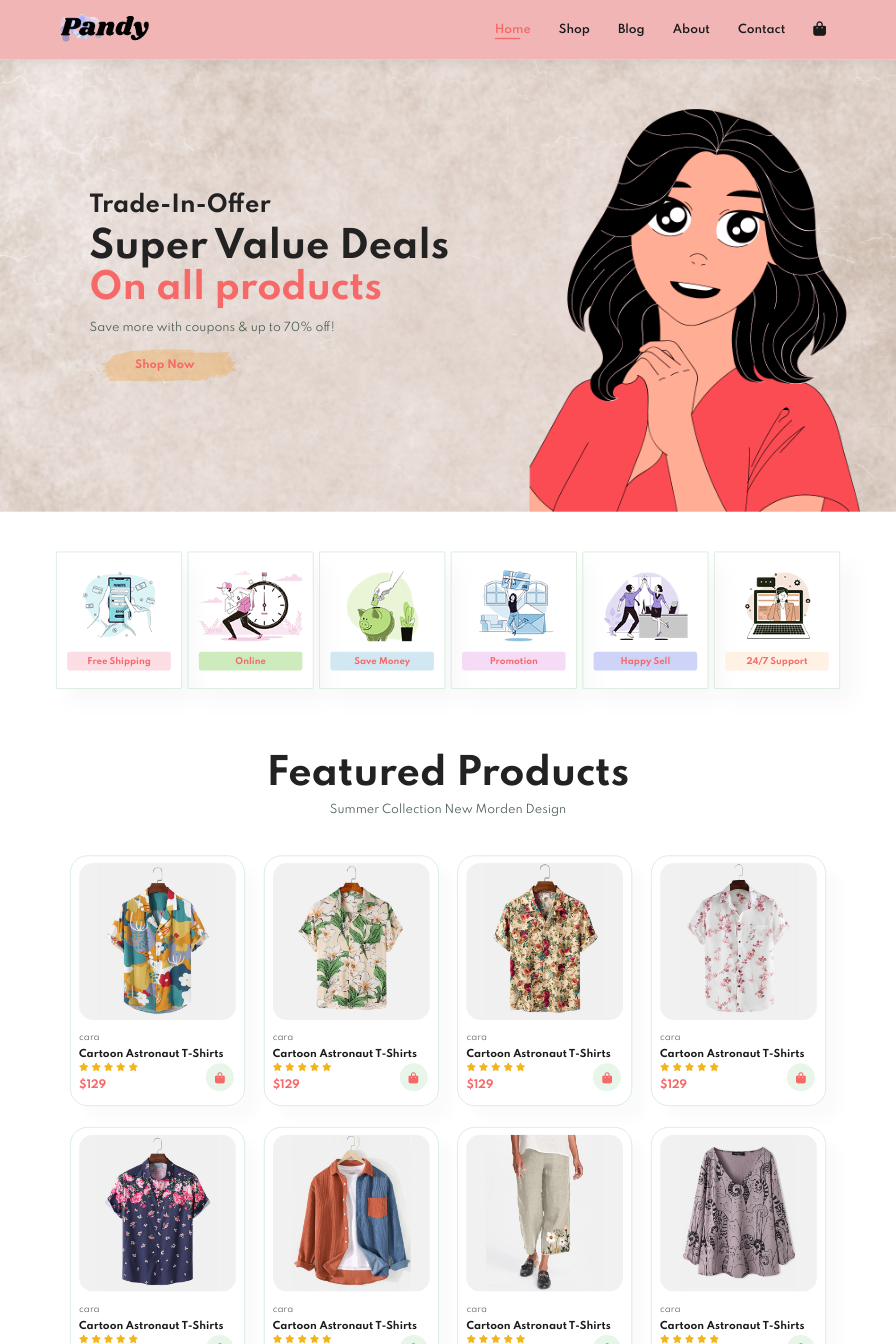
Repository: NassimeElkamari/Pandy-store-Frontend
Page: index.html
The author's editor kept a copy of each file at every save. The page is drawn from the files as they stood at one save, then again after the next save.
The browser window is 1280 px wide. The pictures show the part of the page from y = 0 to 1920 px (the page is 3800 px tall), at 70% of full size.

Above is the page before, as saved 2024-10-05 12:27:10.

### index.html
<!DOCTYPE html>
<html lang="en">
<head>
    <meta charset="UTF-8">
    <title>Pandy store</title>
    <link rel="stylesheet" href="style.css">
    <link rel="stylesheet" href="https://cdnjs.cloudflare.com/ajax/libs/font-awesome/6.5.1/css/all.min.css">
    <link rel="icon" href="img/favicon.ico">
</head>
<body>
    <!--Header-->
    <header id="Header">
        <a href="#"><img src="img/logo (1).png" class="logo"></a>
        <nav>
            <ul id="navbar">
                <li><a href="index.html" class="active">Home</a></li>
                <li><a href="shop.html" class="n-active">Shop</a></li>
                <li><a href="blog.html" class="n-active">Blog</a></li>
                <li><a href="about.html" class="n-active">About</a></li>
                <li><a href="contact.html" class="n-active">Contact</a></li>
                <li class="lg-bag"><a href="cart.html"><i class="fa-solid fa-bag-shopping head-cart"></i></a></li>
                <a id="Close" href="#"><i class="fa-solid fa-xmark"></i></a>
            </ul>
        </nav>
        <div id="mobile">
            <a href="cart.html"><i class="fa-solid fa-bag-shopping head-cart"></i></a>
            <i id="bar" class="fa-solid fa-bars"></i>
        </div>
    </header>

    <!--Hero section-->
    <section id="img-slider">
        <div class="slide active">
            <img src="img/img1.png" >
            <div class="info">
                <h4 class="select-none">Trade-In-Offer</h4>
                <h2 class="select-none">Super Value Deals</h2>
                <h1 class="select-none">On all products</h1>
                <p class="select-none">Save more with coupons & up to 70% off!</p>
                <button>Shop Now</button>
            </div>
        </div>
    </section>

    <!--Feature Section-->

    <section id="feature" class="section-p1">
        <div class="fe-box">
            <img src="img/features (1)/f1.png" >
            <h6>Free Shipping</h6>
        </div>
        <div class="fe-box">
            <img src="img/features (1)/f2.png" >
            <h6>Online</h6>
        </div>
        <div class="fe-box">
            <img src="img/features (1)/f3.png" >
            <h6>Save Money</h6>
        </div>
        <div class="fe-box">
            <img src="img/features (1)/f4.png" >
            <h6>Promotion</h6>
        </div>
        <div class="fe-box">
            <img src="img/features (1)/f5.png" >
            <h6>Happy Sell</h6>
        </div>
        <div class="fe-box">
            <img src="img/features (1)/f6.png" >
            <h6>24/7 Support</h6>
        </div>
    </section>

    <!--Products-->
    <section class="section-p1" id="product1">
        <h2>Featured Products</h2>
        <p>Summer Collection New Morden Design</p>
        <div class="pro-container">
            <div class="pro">
                <img src="img/products (1)/f1.jpg" >
                <div class="des">
                    <span>cara</span>
                    <h5>Cartoon Astronaut T-Shirts</h5>
                    <div class="star">
                        <i class="fa-solid fa-star"></i>
                        <i class="fa-solid fa-star"></i>
                        <i class="fa-solid fa-star"></i>
                        <i class="fa-solid fa-star"></i>
                        <i class="fa-solid fa-star"></i>
                    </div>
                    <h4>$129</h4>
                </div>
                <a href="cart.html" class="cart">
                    <i class="fa-solid fa-bag-shopping"></i>
                </a>
            </div>
            <div class="pro">
                <img src="img/products (1)/f2.jpg" >
                <div class="des">
                    <span>cara</span>
                    <h5>Cartoon Astronaut T-Shirts</h5>
                    <div class="star">
                        <i class="fa-solid fa-star"></i>
                        <i class="fa-solid fa-star"></i>
                        <i class="fa-solid fa-star"></i>
                        <i class="fa-solid fa-star"></i>
                        <i class="fa-solid fa-star"></i>
                    </div>
                    <h4>$129</h4>
                </div>
                <a href="cart.html" class="cart">
                    <i class="fa-solid fa-bag-shopping"></i>
                </a>
            </div>
            <div class="pro">
                <img src="img/products (1)/f3.jpg" >
                <div class="des">
                    <span>cara</span>
                    <h5>Cartoon Astronaut T-Shirts</h5>
                    <div class="star">
                        <i class="fa-solid fa-star"></i>
                        <i class="fa-solid fa-star"></i>
                        <i class="fa-solid fa-star"></i>
                        <i class="fa-solid fa-star"></i>
                        <i class="fa-solid fa-star"></i>
                    </div>
                    <h4>$129</h4>
                </div>
                <a href="cart.html" class="cart">
                    <i class="fa-solid fa-bag-shopping"></i>
                </a>
            </div>
            <div class="pro">
                <img src="img/products (1)/f4.jpg" >
                <div class="des">
                    <span>cara</span>
                    <h5>Cartoon Astronaut T-Shirts</h5>
                    <div class="star">
                        <i class="fa-solid fa-star"></i>
                        <i class="fa-solid fa-star"></i>
                        <i class="fa-solid fa-star"></i>
                        <i class="fa-solid fa-star"></i>
                        <i class="fa-solid fa-star"></i>
                    </div>
                    <h4>$129</h4>
                </div>
                <a href="cart.html" class="cart">
                    <i class="fa-solid fa-bag-shopping"></i>
                </a>
            </div>
            <div class="pro">
                <img src="img/products (1)/f5.jpg" >
                <div class="des">
                    <span>cara</span>
                    <h5>Cartoon Astronaut T-Shirts</h5>
                    <div class="star">
                        <i class="fa-solid fa-star"></i>
                        <i class="fa-solid fa-star"></i>
                        <i class="fa-solid fa-star"></i>
                        <i class="fa-solid fa-star"></i>
                        <i class="fa-solid fa-star"></i>
                    </div>
                    <h4>$129</h4>
                </div>
                <a href="cart.html" class="cart">
                    <i class="fa-solid fa-bag-shopping"></i>
                </a>
            </div>
            <div class="pro">
                <img src="img/products (1)/f6.jpg" >
                <div class="des">
                    <span>cara</span>
                    <h5>Cartoon Astronaut T-Shirts</h5>
                    <div class="star">
                        <i class="fa-solid fa-star"></i>
                        <i class="fa-solid fa-star"></i>
                        <i class="fa-solid fa-star"></i>
                        <i class="fa-solid fa-star"></i>
                        <i class="fa-solid fa-star"></i>
                    </div>
                    <h4>$129</h4>
                </div>
                <a href="cart.html" class="cart">
                    <i class="fa-solid fa-bag-shopping"></i>
                </a>
            </div>
            <div class="pro">
                <img src="img/products (1)/f7.jpg" >
                <div class="des">
                    <span>cara</span>
                    <h5>Cartoon Astronaut T-Shirts</h5>
                    <div class="star">
                        <i class="fa-solid fa-star"></i>
                        <i class="fa-solid fa-star"></i>
                        <i class="fa-solid fa-star"></i>
                        <i class="fa-solid fa-star"></i>
                        <i class="fa-solid fa-star"></i>
                    </div>
                    <h4>$129</h4>
                </div>
                <a href="cart.html" class="cart">
                    <i class="fa-solid fa-bag-shopping"></i>
                </a>
            </div>
            <div class="pro">
                <img src="img/products (1)/f8.jpg" >
                <div class="des">
                    <span>cara</span>
                    <h5>Cartoon Astronaut T-Shirts</h5>
                    <div class="star">
                        <i class="fa-solid fa-star"></i>
                        <i class="fa-solid fa-star"></i>
                        <i class="fa-solid fa-star"></i>
                        <i class="fa-solid fa-star"></i>
                        <i class="fa-solid fa-star"></i>
                    </div>
                    <h4>$129</h4>
                </div>
                <a href="cart.html" class="cart">
                    <i class="fa-solid fa-bag-shopping"></i>
                </a>
            </div>
        </div>
    </section>

    <!--Call to Action-->
    <section id="banner" class="section-m1">
        <h4>Repair Services</h4>
        <h2>Up to <span>70% Off</span> All t-shirt & Accessories</h2>
        <button class="normal">Explore More</button>
    </section>

    <!--Small Banner-->
    <section id="sm-banner" class="section-p1">
        <div class="banner-box">
            <h4>Crazy deals</h4>
            <h2>buy 1 get 1 free</h2>
            <span>The best classic dress is on sale at cara</span>
            <button class="white">Learn More</button>
        </div>
        <div class="banner-box">
            <h4>spring summer</h4>
            <h2>upcoming season</h2>
            <span>The best classic dress is on sale at cara</span>
            <button class="white">Collection</button>
        </div>
    </section>

    <!--Features banner-->
    <section id="banner3">
        <div class="banner-box">
            <h4>SEASON SALE</h4>
            <h3>winter Collection -50% OFF</h3>
        </div>
        <div class="banner-box">
            <h4>NEW FOOTWEAR COLLECTION</h4>
            <h3>spring / summer 2024</h3>
        </div>
        <div class="banner-box">
            <h4>T-SHIRT</h4>
            <h3>New Trendy Prints</h3>
        </div>
    </section>

    <!--NewsLetter-->
    <section id="newsletter" class="section-p1 section-m1">
        <div class="newstext">
        <h4>Sign Up For NewsLetters</h4>
        <p>Get E-mail updates about our latest shop and <span>special offers.</span></p>
        </div>
        <form class="form">
            <input type="text" placeholder="Your email address"/>
            <button class="normal" type="submit">Sign Up</button>
        </form>
    </section>

    <!--Footer-->
    <footer class="section-p1">
        <div class="col">
            <img src="img/logo (1).png" class="logo">
            <h4>Contact</h4>
            <p><strong>Address: </strong>Bettana Salé</p>
            <p><strong>Phone: </strong>+212697690746</p>
            <p><strong>Hours: </strong>10:00 - 18:00, Mon - Sat</p>
            <div class="follow">
                <h4>Follow us</h4>
                <div class="icon">
                    <i class="fa-brands fa-facebook"></i>
                    <i class="fa-brands fa-instagram"></i>
                    <i class="fa-brands fa-linkedin"></i>
                    <i class="fa-brands fa-twitter"></i>
                </div>
            </div>
        </div>
        <div class="col">
            <h4>About</h4>
            <a href="about.html">About Us</a>
            <a href="blog.html">Delivery Information</a>
            <a href="blog.html">Privacy Policy</a>
            <a href="blog.html">Terms &amp; Conditions</a>
            <a href="contact.html">Contact Us</a>
        </div>
        <div class="col">
            <h4>My Account</h4>
            <a href="#">Sign In</a>
            <a href="cart.html">View Cart</a>
            <a href="shop.html">My WishList</a>
            <a href="product.html">Track My Order</a>
            <a href="contact.html">Help</a>
        </div>
        <div class="col install">
            <h4>Install App</h4>
            <p>From App Store or Google Play</p>
            <div class="row">
                <img src="img/pay (1)/app.jpg" >
                <img src="img/pay (1)/play.jpg" >
            </div>
            <p>Secured Payment Gateways</p>
            <img src="img/pay (1)/pay.png" >
        </div>
        <div class="copyright">
            <p>@2024 NassimeElkamari. All Rights Reserved</p>
        </div>
    </footer>

    <script src="main.js"></script>
</body>
</html>

### style.css
/* google font */
@import url('https://fonts.googleapis.com/css2?family=Spartan:wght@100;200;300;400;500;600;700;800;900&display=swap');

:root {
  --primary-color: #f76868;
}

* {
  margin: 0;
  padding: 0;
  box-sizing: border-box;
  font-family: 'Spartan', sans-serif;
}

html {
  scroll-behavior: smooth;
}

/********** Global Styles ************/

h1 {
  font-size: 3.125rem;
  line-height: 4rem;
  color: #222;
}

h2 {
  font-size: 3.255rem;
  line-height: 3.375rem;
  color: #222;
}

h4 {
  font-size: 2rem;
  color: #222;
}

h6 {
  font-weight: 700;
  font-size: 12px;
}

p {
  font-size: 16px;
  color: #465b52;
  margin: 15px 0 20px 0;
}

a {
  text-decoration: none;
}

.section-p1 {
  padding: 40px 80px;
}

.section-m1 {
  margin: 40px 0;
}

button.normal {
  font-size: 14px;
  font-weight: 600;
  padding: 15px 30px;
  color: #000;
  background-color: #fff;
  border-radius: 5px;
  cursor: pointer;
  border: none;
  outline: none;
  transition: all 0.3s ease;
}

button.white {
  font-size: 13px;
  font-weight: 600;
  padding: 11px 18px;
  color: #ffffff;
  background-color: transparent;
  cursor: pointer;
  border: 1px solid white;
  outline: none;
  transition: all 0.3s ease;
}

/* header section */

#Header{
    display: flex;
    justify-content: space-between;
    align-items: center;
    padding: 20px 80px;
    background: #f1b5b5;
    box-shadow: 0 5px 15px rgba(0, 0 , 0 , 0.06);
    position: sticky;
    top: 0;
    left: 0;
    z-index: 10;
}

#navbar{
    display: flex;
    align-items: center;
    justify-content: center;
    list-style: none;
}

#navbar li{
    padding: 0 20px;
    position: relative;
}

#navbar li a{
    font-size: 1rem;
    font-weight: 600;
    color: #1a1a1a;
    transition: all 0.3s ease;
}

#navbar li a:hover,
#navbar li a.active {
    color: var(--primary-color);
    transition: 0.5s;
}


#navbar li a::after {
    content: '';
    width: 0;
    height: 2px;
    background-color: var(--primary-color);
    position: absolute;
    bottom: -4px;
    left: 20px;
    transition: 0.4s;
}

#navbar li a:hover::after{
    width: 40%;
}

#navbar li a.active::after{
    width: 40%;
}

.head-cart{
    font-size: 1.3rem;
}

#mobile{
    display: none;
}

#Close{
    display: none;
}

/* hero section*/

#img-slider{
    height: 90vh;
    width: 100%;
    display: flex;
    justify-content: center;
    align-items: center;
    position: relative;
    overflow: hidden;
}

#img-slider .slide img{
    object-fit: cover;
    width: 100vw;
    height: 90vh;
    object-position: top right;
    position: relative;
}

#img-slider .slide .info{
    z-index: 1;
    position: absolute;
    top: 50%;
    transform: translateY(-50%);
    display: flex;
    flex-direction: column;
    align-items: flex-start;
    justify-content: center;
    padding-left: 10%;
}

.select-none{
    user-select: none;
}

#img-slider .slide .info h4{
    padding-bottom: 15px;

}

#img-slider .slide .info h1{
    color: var(--primary-color);
}

#img-slider .slide .info button{
    background: url(img/button\ \(1\).png);
    background-color: transparent;
    color: var(--primary-color);
    border: 0;
    padding: 14px 80px 14px 65px;
    font-size: 15px;
    font-weight: 700;
}

/* feature section*/

#feature{
    display: flex;
    align-items: center;
    justify-content: space-between;
    flex-wrap: wrap;
}

#feature .fe-box{
    width: 180px;
    text-align: center;
    padding: 25px 15px;
    box-shadow: 20px 20px 34px rgba(0, 0 , 0 , 0.03);
    border: 1px solid #cce7d0;
    border-radius: 1px;
    margin: 15px 0;
    cursor: pointer;
    transition: all 0.3s linear;
}

#feature .fe-box:hover{
    box-shadow: 10px 10px 54px rgba(70, 62 , 221 , 0.1);
}

#feature .fe-box img{
    width: 100%;
    margin-bottom: 10px;
}

#feature .fe-box h6{
    padding: 9px 8px 6px 8px;
    background-color: #fddde4;
    border-radius: 4px;
    color: var(--primary-color);
    line-height: 1;
}

#feature .fe-box:nth-child(2) h6{
    background-color: #cdebbc;
}

#feature .fe-box:nth-child(3) h6{
    background-color: #d1e8f2;
}

#feature .fe-box:nth-child(4) h6{
    background-color: #f6dbf6;
}

#feature .fe-box:nth-child(5) h6{
    background-color: #cdd4f8;
}

#feature .fe-box:nth-child(6) h6{
    background-color: #fff2e5;
}

/* product section */

#product1{
    text-align: center;
}

#product1 .pro-container{
    padding: 20px;
    display: flex;
    justify-content: space-between;
    flex-wrap: wrap;
    align-items: center;
}

#product1 .pro-container .pro{
    width: 23%;
    min-width: 250px;
    padding: 10px 12px;
    border: 1px solid #cce7d0;
    border-radius: 25px;
    cursor: pointer;
    box-shadow: 20px 20px 20px rgba(0, 0 , 0 , 0.02);
    margin: 15px 0;
    transition: all 0.3s linear;
    position: relative;
}

#product1 .pro-container .pro:hover{
    box-shadow: 20px 20px 20px rgba(0, 0 , 0 , 0.15);
}

#product1 .pro-container .pro img{
    width: 100%;
    border-radius: 20px;
}

#product1 .pro .des{
    text-align: start;
    padding: 10px 0 ;
}

#product1 .pro .des span{
    color: #606063;
    font-size: 12px;
}

#product1 .pro .des h5{
    padding-top: 7px;
    color: #1a1a1a;
    font-size: 14px;
}

#product1 .pro .des i{
    font-size: 12px;
    color: rgb(243, 181, 25);
}

#product1 .pro .des h4{
    padding-top: 7px;
    font-weight: 700;
    font-size: 15px;
    color: var(--primary-color);
}

#product1 .pro .cart i{
    width: 40px;
    line-height: 40px;
    background-color: #e8f6ea;
    border-radius: 50px;
    color: var(--primary-color);
    position: absolute;
    bottom: 20px;
    right: 15px;
}

/* Call to Action*/

#banner{
    background: url(img/banner/b2\ \(1\).jpg) center/cover;
    height: 40vh;
    width: 100%;
    text-align: center;
    display: flex;
    flex-direction: column;
    align-items: center;
    justify-content: center;
}

#banner h4{
    color: white;
    font-size: 16px;
}

#banner h2{
    color: white;
    font-size: 30px;
    padding: 10px 0;
}

#banner h2 span{
    color: #ef3636;
}

#banner .normal:hover{
    background-color: var(--primary-color);
    color: #fff;
}

/* small box*/

#sm-banner{
    display: flex;
    justify-content: space-around;
    flex-wrap: wrap;
}

#sm-banner .banner-box{
    background: url(img/img1.jpg) center/cover;
    height: 50vh;
    min-width: 47%;
    display: flex;
    align-items: start;
    justify-content: center;
    flex-direction: column;
    padding: 30px;
}

#sm-banner .banner-box h4{
    color: white;
    font-size: 20px;
    font-weight: 300;
}

#sm-banner .banner-box h2{
    color: white;
    font-size: 28px;
    font-weight: 800;
}

#sm-banner .banner-box span{
    color: white;
    font-size: 14px;
    font-weight: 500;
    padding-bottom: 15px;
}

#sm-banner .banner-box:hover button{
    background-color: var(--primary-color);
    border: 1px solid var(--primary-color);
}

#sm-banner .banner-box:nth-child(2){
    background: url(img/banner/b10\ \(1\).jpg);
}

/* banner 3 section*/

#banner3{
    display: flex;
    flex-wrap: wrap;
    justify-content: space-around;
    padding: 0 80px;
}

#banner3 .banner-box{
    background: url(img/img4.jpg) center/cover;
    height: 30vh;
    min-width: 30%;
    display: flex;
    flex-direction: column;
    justify-content: center;
    align-items: flex-start;
    padding: 20px;
    margin-bottom: 20px;
}

#banner3 .banner-box h4{
    color: white;
    font-weight: 900;
    font-size: 22px;
}

#banner3 .banner-box h3{
    color: #ec544e;
    font-weight: 800;
    font-size: 15px;
}

#banner3 .banner-box:nth-child(2){
    background: url(img/img7.jpg) center/cover;
}

#banner3 .banner-box:nth-child(3){
    background: url(img/img3.jpg) center/cover;
}

/*Sign up*/

#newsletter {
    display: flex;
    justify-content: space-between;
    flex-wrap: wrap;
    align-items: center;
    background: url(img/banner/b1\ \(1\).jpg) center/cover;
    padding: 40px 110px;
}

#newsletter h4{
    color: white;
    font-weight: 700;
    font-size: 22px;
}

#newsletter p{
    font-size: 14px;
    font-weight: 600;
    color: #818ea0;

}

#newsletter .newstext span{
    color: #ffbd27;
}

#newsletter input{
    height: 3.125rem;
    padding: 0 1.25rem;
    font-size: 14px;
    width: 100%;
    border: 1px solid transparent;
    border-radius: 5px;
    outline: none;
    border-top-right-radius: 0;
    border-bottom-right-radius: 0;
}

#newsletter button{
    background-color: var(--primary-color);
    color: white;
    white-space: nowrap;
    height: 3.125rem;
    border-radius: 5px;
    border-top-left-radius: 0;
    border-bottom-left-radius: 0;
}

#newsletter .form{
    display: flex;
    width: 40%;

}

/*Footer*/

footer{
    display: flex;
    flex-wrap: wrap;
    justify-content: space-between;
    margin: 40px 0;
}

footer .col{
    display: flex;
    flex-direction: column;
    align-items: flex-start;
    justify-content: space-evenly;
    margin-bottom: 20px;
}

footer .logo{
    cursor: pointer;
    margin-bottom: 30px;
}

footer h4{
    font-size: 14px;
    margin-bottom: 20px;
}

footer p{
    font-size: 13px;
    margin-bottom: 8px;
}

footer a{
    font-size: 13px;
    text-decoration: none;
    color: #222;
}

footer .follow{
    margin-top: 20px;
}

footer .follow i{
    color: #465b52;
    margin-right: 4px;
}

footer .follow i:hover{
    color: var(--primary-color);
}

footer .install .row img{
    border: 1px solid var(--primary-color);
    border-radius: 6px;
    cursor: pointer;
}

footer .install img {
    margin: 10px 0 15px
}

footer .copyright{
    text-align: center;
    width: 100%;
    text-decoration: underline;
}

Loaded but not shown: main.js (no stored copy; drawn as an empty file)

After the next save:
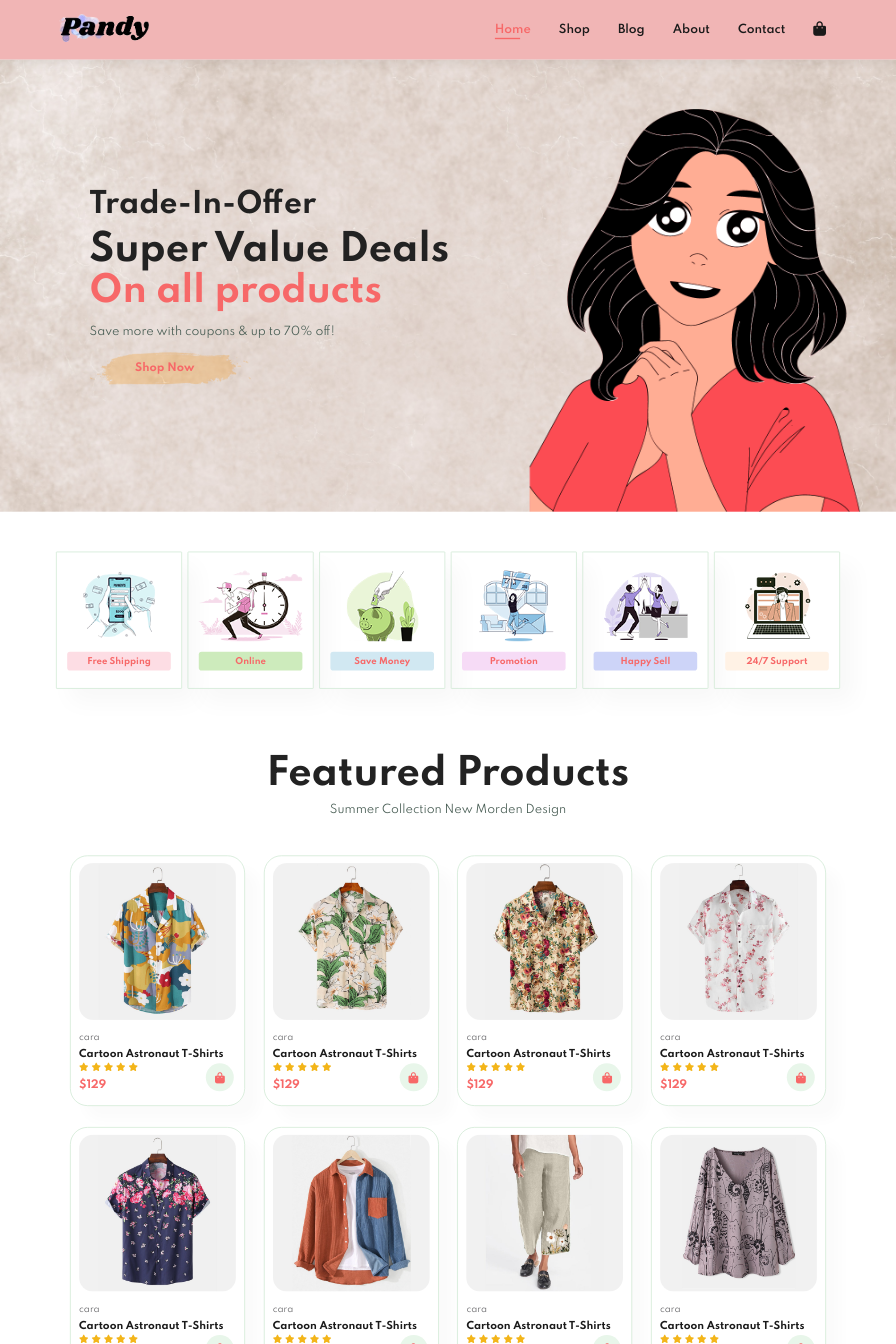
Saved 38 s later.
--- a/style.css
+++ b/style.css
@@ -31,7 +31,7 @@ h2 {
 }
 
 h4 {
-  font-size: 2rem;
+  font-size: 2.5rem;
   color: #222;
 }
 
